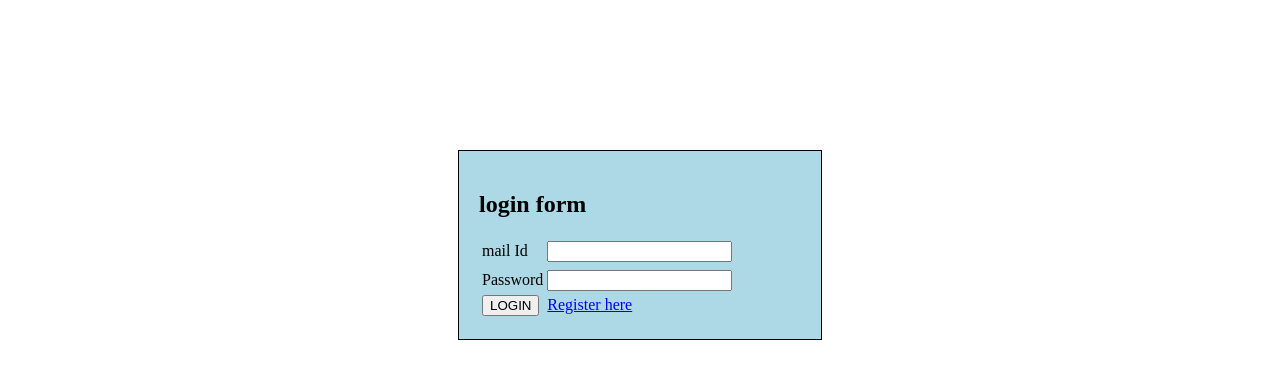
Repository: zeeshan495/Banking_project
Page: http://localhost/Banking/loginUrl
An editor plug-in stored every save of this project. The page is shown before and after the next save, followed by the edit.
The browser window is 1280 px wide. The pictures show the whole page.
The page is served by Tomcat 9.

Above is the page before, as saved 2018-11-09 05:51:37.

After the next save:
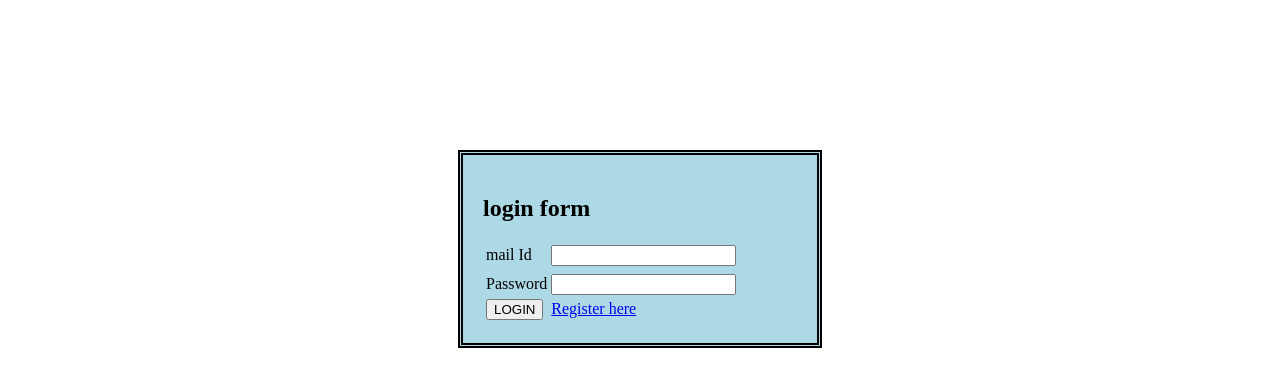
Saved 22 s later.
--- a/Banking/WebContent/login.css
+++ b/Banking/WebContent/login.css
@@ -5,4 +5,6 @@
 	border:1px solid black;
     padding:20px;
     background-color:lightblue;
+    border-style: double;
+    border-width: thick;
 }
